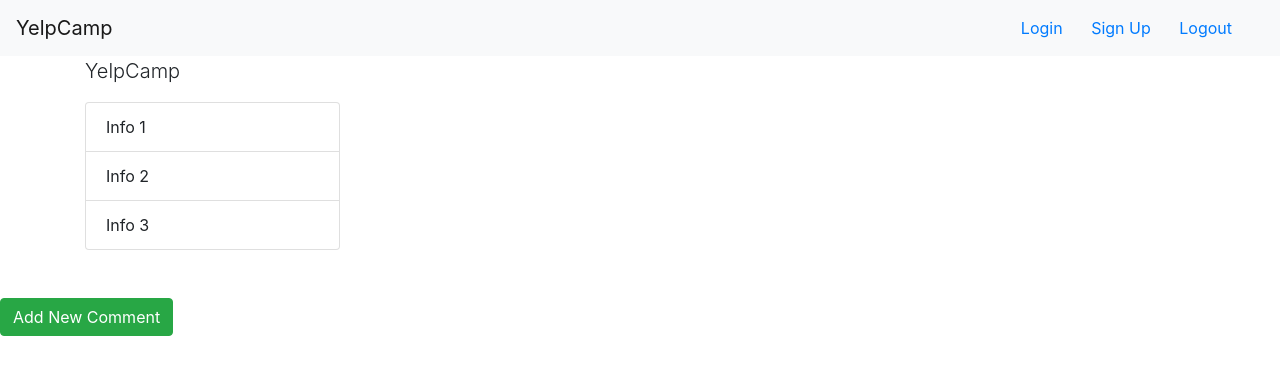
Repository: manojsatya/YelpCamp
Page: views/campgrounds/show.ejs
The author's editor kept a copy of each file at every save. The page is drawn from the files as they stood at one save, then again after the next save.
The browser window is 1280 px wide. The pictures show the whole page.
The page is served by the project's Node server (app.js). Other server files are loaded and not shown. The template is opened directly, without the code that normally fills it, so the values that code supplies are empty.

Above is the page before, as saved 2019-06-20 19:24:43.
Console error: TypeError: Cannot read properties of undefined (reading 'fn')

### views/campgrounds/show.ejs
<% include ../partials/header %>

<div class="container">
    <div class="row">
        <div class="col-md-3">
            <p class="lead">YelpCamp</p>
            <div class="list-group">
                <li class="list-group-item">Info 1</li>
                <li class="list-group-item">Info 2</li>
                <li class="list-group-item">Info 3</li>
            </div>
        </div>
    </div>
</div>

<h1><%= campground.name %></h1>

<img src="<%= campground.image %>" alt="">

<p> <%= campground.description%> </p>

<p>
    <a class = "btn btn-success" href="/campgrounds/<%= campground._id %>/comments/new">Add New Comment</a>
</p>

<% campground.comments.forEach(function(comment){ %>
    <p>
        <strong><%= comment.author %></strong> - <%= comment.text %>
    </p>
<% }) %>


<% include ../partials/footer %>

### views/partials/header.ejs
<!DOCTYPE html>
<html lang="en">
<head>
    <meta charset="UTF-8">
    <meta name="viewport" content="width=device-width, initial-scale=1.0">
    <meta http-equiv="X-UA-Compatible" content="ie=edge">
    <title>YelpCamp</title>
    <link rel="stylesheet" href="https://stackpath.bootstrapcdn.com/bootstrap/4.3.1/css/bootstrap.min.css">
</head>
<body>
        <nav class="navbar navbar-light bg-light">
                <a class = "navbar-brand" href="/">YelpCamp</a>
                <div class="navbar-right mr-sm-2">
                    <a class = "mr-sm-4" href="">Login</a>
                    <a class = "mr-sm-4" href="">Sign Up</a>
                    <a class = "mr-sm-4" href="">Logout</a>
                </div>

            </nav>

        <script src="https://stackpath.bootstrapcdn.com/bootstrap/4.3.1/js/bootstrap.min.js"></script>

### app.js
var express     = require("express"),
    app         = express(),
    bodyParser  = require("body-parser"),
    mongoose    = require("mongoose"),
    Comment     = require("./models/comment"),
    Campground  = require("./models/campground"),
    seedDB      = require("./seeds")

//seedDB();
mongoose.connect("mongodb://localhost:27017/yelp_camp", {useNewUrlParser: true});
app.use(bodyParser.urlencoded({extended: true}));
app.set("view engine", "ejs");

// Schema setup


app.get("/", function(req, res){
    res.render("landing");
});

//INDEX ROUTE
app.get("/campgrounds", function(req, res){
    // get all campgrounds rom db
    Campground.find({}, function(err, allcampgrounds){
        if(err){
            console.log(err);
        } else {
            res.render("campgrounds/index",{campgrounds:allcampgrounds});
        }
    });
});

//FORM ROUTE
app.post("/campgrounds", function(req, res){
    //get data from form and add to campground array
    var name = req.body.name;
    var image = req.body.image;
    var desc = req.body.description;
    var newCampground = {name: name, image: image, description: desc};
    // create a new campground and save to db
    Campground.create(newCampground, function(err, newlyCreated){
        if(err){
            console.log(err);
        } else{
            //redirect back to campgrounds page
            res.redirect("/campgrounds");
        }
    });
});

//NEW ROUTE
app.get("/campgrounds/new", function(req, res){
    res.render("campgrounds/new");
});


//SHOW ROUTE
app.get("/campgrounds/:id", function(req, res){
    //find the campground with provided id
    Campground.findById(req.params.id).populate("comments").exec(function(err, foundCampground){
        if(err){
            console.log(err);
        } else{
            console.log(foundCampground);
            // render show template with that id
            res.render("campgrounds/show", {campground:foundCampground});
        }
    });
});

//========================
// COMMENTS ROUTES
//========================
app.get("/campgrounds/:id/comments/new", function(req, res){
    // find campground by id
    Campground.findById(req.params.id, function(err, campground){
        if(err){
            console.log(err);
        } else {
            res.render("comments/new", {campground: campground});
        }
    });
});

app.post("/campgrounds/:id/comments", function(req, res){
    //lookup campground by Id
    Campground.findById(req.params.id, function(err, campground){
        if(err){
            console.log(err);
            res.redirect("/campgrounds");
        } else {
            Comment.create(req.body.comment, function(err, comment){
               if(err){
                   console.log(err);
               } else {
                   campground.comments.push(comment);
                   campground.save();
                   res.redirect("/campgrounds/"+ campground._id);
               }
            });
        }
    });
    // create new comment
    // connect new comment to campground
    // redirect to campground showpage
});

app.listen(3000, function(){
    console.log("The YelpCamp Server has started");
});

Loaded but not shown: views/partials/footer.ejs (common file)

After the next save:
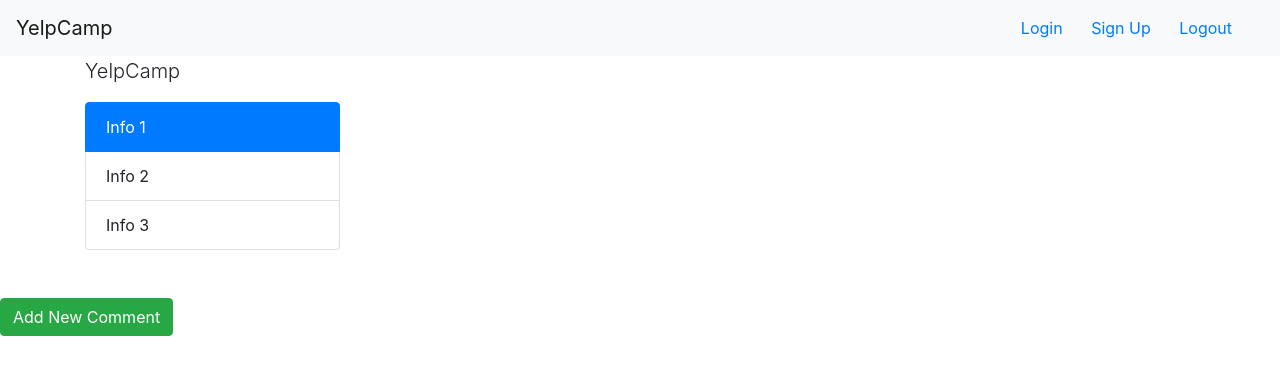
Saved 41 s later.
--- a/views/campgrounds/show.ejs
+++ b/views/campgrounds/show.ejs
@@ -5,7 +5,7 @@
         <div class="col-md-3">
             <p class="lead">YelpCamp</p>
             <div class="list-group">
-                <li class="list-group-item">Info 1</li>
+                <li class="list-group-item active">Info 1</li>
                 <li class="list-group-item">Info 2</li>
                 <li class="list-group-item">Info 3</li>
             </div>
